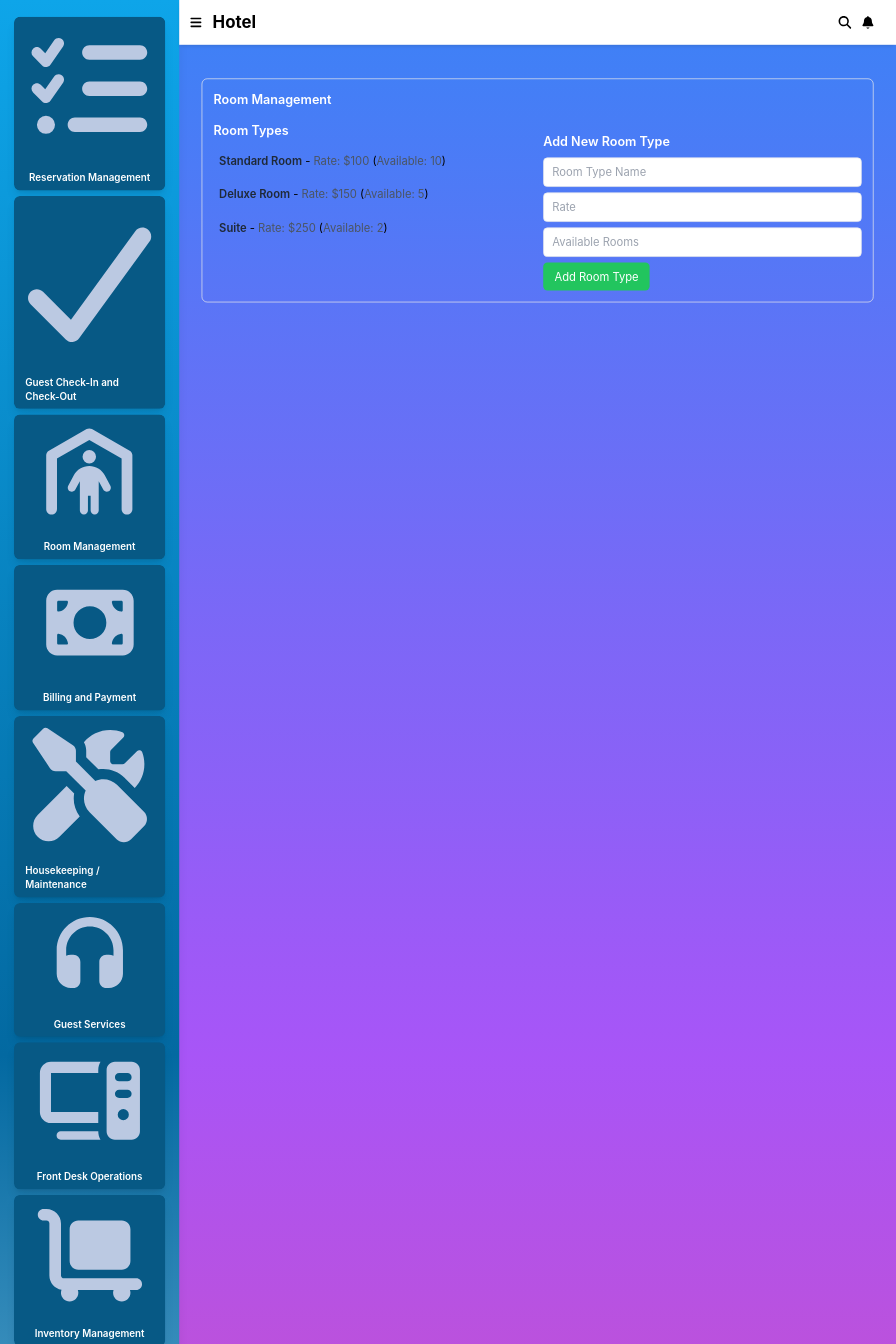
Repository: musabismael/Hotel
Page: /room_management
These files come from the project's save history. The page is drawn as it stood at one moment and after the next save; the edit follows.
The browser window is 1280 px wide. The pictures show the part of the page from y = 0 to 1920 px (the page is 3016 px tall), at 70% of full size.
The project was rebuilt for these pictures with package versions that can differ from the ones it lists, and the page was loaded fresh each time. Also part of the build but not shown: vite.config.js, src/App.css, src/pages/ReservationManagement.jsx, src/pages/GuestCheckInOut.jsx, src/pages/BillingPayment.jsx, src/pages/HousekeepingMaintenance.jsx, src/pages/GuestServices.jsx, src/pages/FrontDeskOperations.jsx and 5 more.

Above is the page before, as saved 2023-10-01 19:13:13.

### index.html
<!doctype html>
<html lang="en">
  <head>
    <meta charset="UTF-8" />
    <link rel="icon" type="image/svg+xml" href="/vite.svg" />
    <meta name="viewport" content="width=device-width, initial-scale=1.0" />
    <title>Hotel</title>
  </head>
  <body>
    <div id="root"></div>
    <script type="module" src="/src/main.jsx"></script>
  </body>
</html>

### src/App.jsx
import "./App.css";
import { createBrowserRouter } from "react-router-dom";
import { RouterProvider } from "react-router";
import LandingPageLayout from "./layouts/LandingPageLayout";
import ReservationManagement from "./pages/ReservationManagement";
import GuestCheckInOut from "./pages/GuestCheckInOut";
import RoomManagement from "./pages/RoomManagement";
import BillingPayment from "./pages/BillingPayment";
import HousekeepingMaintenance from "./pages/HousekeepingMaintenance";
import GuestServices from "./pages/GuestServices";
import FrontDeskOperations from "./pages/FrontDeskOperations";
import InventoryManagement from "./pages/InventoryManagement";
import ReportingAnalytics from "./pages/ReportingAnalytics";
import SecurityAccessControl from "./pages/SecurityAccessControl";
import PointOfSale from "./pages/PointOfSale";
import CRM from "./pages/CRM"; // Import the CRM component
const router = createBrowserRouter([
  {
    path: "/",
    element: <LandingPageLayout />,
    children: [
      {
        path: "/reservation_management",
        element: <ReservationManagement />,
      },
      {
        path: "/guestCheckInOut",
        element: <GuestCheckInOut />,
      },
      {
        path: "/billing_and_payment",
        element: <BillingPayment />,
      },
      {
        path: "/room_management",
        element: <RoomManagement />,
      },
      {
        path: "/housekeeping_maintenance",
        element: <HousekeepingMaintenance />,
      },
      {
        path: "/guest_services",
        element: <GuestServices />,
      }, {
        path: "/desk_operations",
        element: <FrontDeskOperations />,
      }, {
        path: "/security_control",
        element: <SecurityAccessControl />,
      },
      {
        path: "/reporting_and_analytics",
        element: <ReportingAnalytics />,
      }, {
        path: "/inventory_management",
        element: <InventoryManagement />,
      },
      {
        path: "/pos",
        element: <PointOfSale />,
      },
      {
        path: "/crm",
        element: <CRM />,
      },
    ],
  },
]);

const App = () => <RouterProvider router={router} />;
export default App;

### src/index.css
@tailwind base;
@tailwind components;
@tailwind utilities;

:root {
  font-family: Inter, system-ui, Avenir, Helvetica, Arial, sans-serif;
  line-height: 1.5;
  font-weight: 400;
  background-image: url("cover.jpeg"), url("cover.jpeg");
  background-color:#397398;

  font-synthesis: none;
  text-rendering: optimizeLegibility;
  -webkit-font-smoothing: antialiased;
  -moz-osx-font-smoothing: grayscale;
  -webkit-text-size-adjust: 100%;
}

### src/layouts/LandingPageLayout.jsx
import { Outlet } from "react-router";
import Header from "../component/Header";
import Sidebar from "../component/Sidebar";
const LandingPageLayout = () => {
  return (
    <div className="flex bg-gradient-to-b from-blue-500 via-purple-500 to-pink-500">
      <Sidebar />

      <div className="flex-1">
        <Header />
        <main className="p-4">
          <Outlet />
        </main>
      </div>
    </div>
  );
};

export default LandingPageLayout;

### src/pages/RoomManagement.jsx
import React, { useState } from 'react';

const RoomManagement = () => {
  const [roomTypes, setRoomTypes] = useState([
    { id: 1, name: 'Standard Room', rate: 100, available: 10 },
    { id: 2, name: 'Deluxe Room', rate: 150, available: 5 },
    { id: 3, name: 'Suite', rate: 250, available: 2 },
  ]);

  const [selectedRoomType, setSelectedRoomType] = useState(null);
  const [newRoomType, setNewRoomType] = useState({ name: '', rate: '', available: '' });
  const [isEditing, setIsEditing] = useState(false);

  const handleRoomTypeClick = (roomType) => {
    setSelectedRoomType(roomType);
    setIsEditing(false);
  };

  const handleAddRoomType = () => {
    // Add a new room type to the list
    setRoomTypes([...roomTypes, newRoomType]);
    // Clear the input fields
    setNewRoomType({ name: '', rate: '', available: '' });
  };

  const handleDeleteRoomType = () => {
    // Remove the selected room type from the list
    if (selectedRoomType) {
      const updatedRoomTypes = roomTypes.filter((room) => room.id !== selectedRoomType.id);
      setRoomTypes(updatedRoomTypes);
      setSelectedRoomType(null);
    }
  };

  const handleEditRoomType = () => {
    setIsEditing(true);
  };

  const handleUpdateRoomType = () => {
    // Update the selected room type with new data
    if (selectedRoomType) {
      const updatedRoomTypes = roomTypes.map((room) =>
        room.id === selectedRoomType.id ? { ...room, ...newRoomType } : room
      );
      setRoomTypes(updatedRoomTypes);
      setSelectedRoomType(null);
      setIsEditing(false);
    }
  };

  return (
    <div className="container mx-auto p-4">
      <div className="my-4 p-4 border rounded-lg">
        <h2 className="text-lg text-white font-semibold mb-4">Room Management</h2>
        <div className="grid grid-cols-2 gap-4">
          <div>
            <h3 className="text-lg text-white font-semibold mb-2">Room Types</h3>
            <ul className="space-y-2">
              {roomTypes.map((roomType) => (
                <li
                  key={roomType.id}
                  className={`cursor-pointer ${
                    selectedRoomType && selectedRoomType.id === roomType.id
                      ? 'bg-blue-200'
                      : 'hover:bg-gray-100'
                  } p-2 rounded-lg`}
                  onClick={() => handleRoomTypeClick(roomType)}
                >
                  <span className="text-gray-800 font-semibold">{roomType.name}</span> -{' '}
                  <span className="text-gray-600">Rate: ${roomType.rate}</span> (
                  <span className="text-gray-600">Available: {roomType.available}</span>)
                </li>
              ))}
            </ul>
          </div>
          <div>
            {selectedRoomType && (
              <>
                <h3 className="text-lg text-white font-semibold mb-2">
                  {isEditing ? 'Edit Room Type' : 'Selected Room Type'}
                </h3>
                <div className="mb-2">
                  <input
                    type="text"
                    placeholder="Room Type Name"
                    className="w-full border rounded-md py-2 px-3"
                    value={isEditing ? newRoomType.name : selectedRoomType.name}
                    onChange={(e) => setNewRoomType({ ...newRoomType, name: e.target.value })}
                    readOnly={!isEditing}
                  />
                </div>
                <div className="mb-2">
                  <input
                    type="number"
                    placeholder="Rate"
                    className="w-full border rounded-md py-2 px-3"
                    value={isEditing ? newRoomType.rate : selectedRoomType.rate}
                    onChange={(e) => setNewRoomType({ ...newRoomType, rate: e.target.value })}
                    readOnly={!isEditing}
                  />
                </div>
                <div className="mb-2">
                  <input
                    type="number"
                    placeholder="Available Rooms"
                    className="w-full border rounded-md py-2 px-3"
                    value={isEditing ? newRoomType.available : selectedRoomType.available}
                    onChange={(e) =>
                      setNewRoomType({ ...newRoomType, available: e.target.value })
                    }
                    readOnly={!isEditing}
                  />
                </div>
                {isEditing ? (
                  <button
                    type="button"
                    className="bg-green-500 text-white py-2 px-4 rounded-md"
                    onClick={handleUpdateRoomType}
                  >
                    Update Room Type
                  </button>
                ) : (
                  <>
                    <button
                      type="button"
                      className="bg-red-500 text-white py-2 px-4 rounded-md"
                      onClick={handleDeleteRoomType}
                    >
                      Delete Room Type
                    </button>
                    <button
                      type="button"
                      className="bg-blue-500 text-white py-2 px-4 rounded-md ml-2"
                      onClick={handleEditRoomType}
                    >
                      Edit Room Type
                    </button>
                  </>
                )}
              </>
            )}
            <h3 className="text-lg text-white font-semibold mt-4 mb-2">Add New Room Type</h3>
            <div className="mb-2">
              <input
                type="text"
                placeholder="Room Type Name"
                className="w-full border rounded-md py-2 px-3"
                value={newRoomType.name}
                onChange={(e) => setNewRoomType({ ...newRoomType, name: e.target.value })}
              />
            </div>
            <div className="mb-2">
              <input
                type="number"
                placeholder="Rate"
                className="w-full border rounded-md py-2 px-3"
                value={newRoomType.rate}
                onChange={(e) => setNewRoomType({ ...newRoomType, rate: e.target.value })}
              />
            </div>
            <div className="mb-2">
              <input
                type="number"
                placeholder="Available Rooms"
                className="w-full border rounded-md py-2 px-3"
                value={newRoomType.available}
                onChange={(e) => setNewRoomType({ ...newRoomType, available: e.target.value })}
              />
            </div>
            <button
              type="button"
              className="bg-green-500 text-white py-2 px-4 rounded-md"
              onClick={handleAddRoomType}
            >
              Add Room Type
            </button>
          </div>
        </div>
      </div>
    </div>
  );
};

export default RoomManagement;

### src/component/Header.jsx
import { FontAwesomeIcon } from "@fortawesome/react-fontawesome";
import { faBars, faBell, faSearch } from "@fortawesome/free-solid-svg-icons";

function Header() {
  return (
    <header className="bg-white shadow-md p-4 flex justify-between items-center sticky top-0 w-full  ">
      <div className="flex items-center">
        <FontAwesomeIcon
          icon={faBars}
          className="text-black mr-4 text-lg color"
        />
        <h1 className="text-2xl font-bold text-black">Hotel</h1>
      </div>
      <div className="flex items-center">
        <FontAwesomeIcon icon={faSearch} className="text-black text-lg mr-4" />
        <FontAwesomeIcon icon={faBell} className="text-black text-lg mr-4" />

        {/* Add other icons or elements on the right side here */}
      </div>
    </header>
  );
}

export default Header;

### src/component/Sidebar.jsx
import Card from "./Card";
import {
  faPersonShelter,
  faListCheck,
  faCheck,
  faMoneyBill,
  faScrewdriverWrench,
  faHeadphones,
  faComputer,
  faCartFlatbed,
  faPersonMilitaryPointing,
  faChartBar,
  faKey,
  faBookmark,
} from "@fortawesome/free-solid-svg-icons";

const Sidebar = () => {
  const cardData = [
    {
      id: 1,
      title: "Reservation Management",
      description:
        "Online booking, availability calendar, and booking modification.",
      icon: faListCheck,
      link: "/reservation_management",
    },
    {
      id: 2,
      title: "Guest Check-In and Check-Out",
      description: "Guest registration, check-out, and key card issuance.",
      icon: faCheck,
      link: "/GuestCheckInOut",
    },
    {
      id: 3,
      title: "Room Management",
      description: "Room assignment, status updates, and inventory tracking.",
      icon: faPersonShelter,
      link: "/room_Management",
    },
    {
      id: 4,
      title: "Billing and Payment",
      description: "Invoicing, payment processing, and split billing.",
      icon: faMoneyBill,
      link: "/billing_and_payment",
    },
    {
      id: 5,
      title: "Housekeeping / Maintenance",
      description:
        "Housekeeping schedule, maintenance requests, and inventory management.",
      icon: faScrewdriverWrench,
      link: "/housekeeping_maintenance",
    },
    {
      id: 6,
      title: "Guest Services",
      description:
        "Concierge services, room service, wake-up calls, and laundry services.",
      icon: faHeadphones,
      link: "/guest_services",
    },
    {
      id: 7,
      title: "Front Desk Operations",
      description: "Guest inquiries, check-in/out, and guest profile access.",
      icon: faComputer,
      link: "/desk_operations",
    },
    {
      id: 8,
      title: "Inventory Management",
      description: "Managing hotel supplies and amenities.",
      icon: faCartFlatbed,
      link: "/inventory_management",
    },
    {
      id: 9,
      title: "Reporting and Analytics",
      description: "Generate reports on occupancy, revenue, and key metrics.",
      icon: faChartBar,
      link: "/reporting_and_analytics",
    },

    {
      id: 10,
      title: "Security and Access Control",
      description: "Surveillance camera integration and access control.",
      icon: faKey,
      link: "/security_control",
    },
    {
      id: 11,
      title: "Point of Sale (POS)",
      description:
        "Integration with on-site restaurants, bars, and gift shops.",
      icon: faBookmark,
      link: "/pos",
    },

    {
      id: 12,
      title: "Customer Relationship Management (CRM)",
      description: "Guest profiles, preferences, and loyalty programs.",
      icon: faPersonMilitaryPointing,
      link: "/crm",
    },

    // Add more service/feature objects here
  ];

  const handleCardClick = (id) => {
    console.log(`Card with ID ${id} clicked`);
  };
  return (
    <aside className="p-4 w-1/5 min-h-screen overflow-y-auto bg-gradient-to-b from-sky-500 via-sky-700 to-sky-200 shadow-lg">
      <nav>
        {cardData.map((card) => (
          <Card
            key={card.id}
            link={card.link}
            icon={card.icon}
            title={card.title}
            onClick={() => handleCardClick(card.id)}
          />
        ))}
      </nav>
    </aside>
  );
};

export default Sidebar;

### src/component/Card.jsx
import { Link } from "react-router-dom";
import { FontAwesomeIcon } from "@fortawesome/react-fontawesome";
function Card({ link, icon, title, onClick }) {
  return (
    <div
      className="max-w-sm  mx-1 my-2 cursor-pointer shadow-lg rounded-lg overflow-hidden hover:shadow-xl transition duration-300 transform hover:scale-105"
      onClick={onClick}
    >
      <div className="bg-sky-800 rounded-lg overflow-hidden shadow-lg flex flex-col items-center justify-center">
        <Link to={link} className="text-blue-600 hover:text-blue-800">
          <FontAwesomeIcon
            icon={icon}
            size="2xs"
            className=" w-auto p-5 h-auto object-cover"
            style={{ color: "#bbc9e2" }}
          />

          <div className="px-4 py-2 items-center">
            <h3 className=" text-white text-sm  flex flex-col text-ellipsis items-center font-semibold">
              {title}
            </h3>
            {/* Add more content or description here if needed */}
          </div>
        </Link>
      </div>
    </div>
  );
}

export default Card;

### tailwind.config.js
/** @type {import('tailwindcss').Config} */
export default {
  content: [
    "./index.html",
    "./src/**/*.{js,ts,jsx,tsx}",
  ],
  theme: {
    extend: {
      fontFamily: {
        'custom': ['CustomFont', 'sans'],
      },
      textColor: {
        'custom': '#333333', // Custom text color
      },
    },
  },
  plugins: [],
}

Loaded but not shown: src/main.jsx (common file)

After the next save:
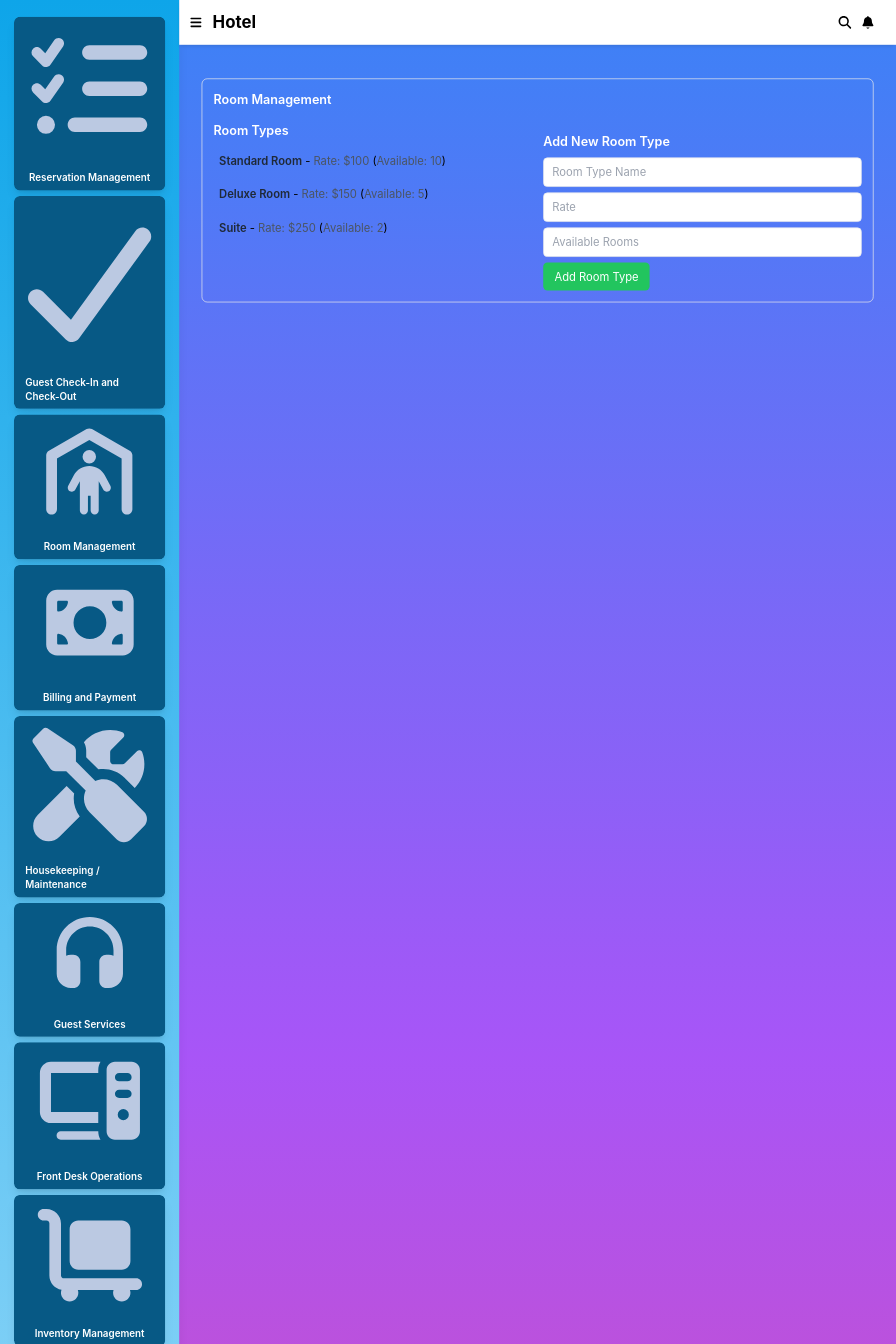
Saved 12 s later.
--- a/src/component/Sidebar.jsx
+++ b/src/component/Sidebar.jsx
@@ -114,7 +114,7 @@ const Sidebar = () => {
     console.log(`Card with ID ${id} clicked`);
   };
   return (
-    <aside className="p-4 w-1/5 min-h-screen overflow-y-auto bg-gradient-to-b from-sky-500 via-sky-700 to-sky-200 shadow-lg">
+    <aside className="p-4 w-1/5 min-h-screen overflow-y-auto bg-gradient-to-b from-sky-500 to-sky-200 shadow-lg">
       <nav>
         {cardData.map((card) => (
           <Card
